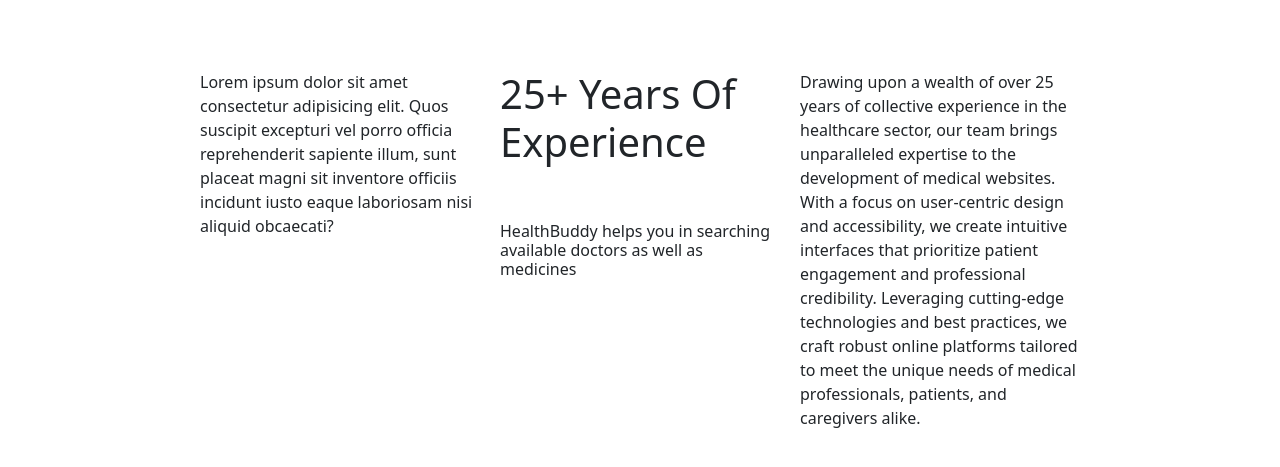
Repository: WajihaGul/MedicalApp-Frontend
Page: /
An editor plug-in stored every save of this project. The page is shown before and after the next save, followed by the edit.
The browser window is 1280 px wide. The pictures show the whole page.
The project was rebuilt for these pictures with package versions that can differ from the ones it lists, and the page was loaded fresh each time. Also part of the build but not shown: vite.config.js, src/index.css, src/App.css, src/Components/LandingPage/LandingPage.jsx, src/Components/NavigationBar/Navbar.module.css, src/Components/NavigationBar/Navbar.jsx.

Above is the page before, as saved 2024-05-01 07:24:13.

After the next save:
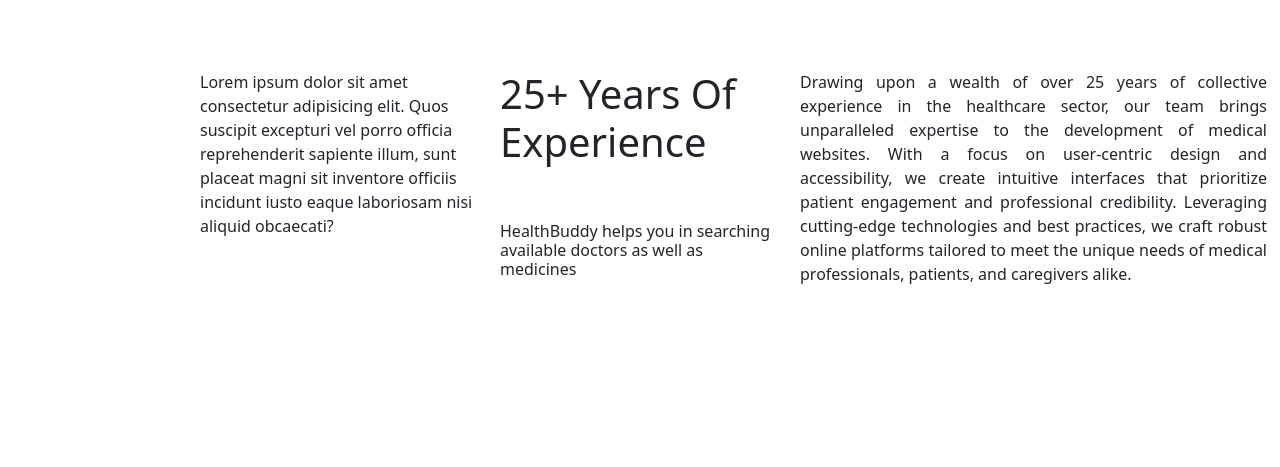
Saved 47 s later.
--- a/src/Components/Experience/Experience.jsx
+++ b/src/Components/Experience/Experience.jsx
@@ -21,7 +21,7 @@ const Experience = () => {
           </h6>
         </div>
         <div className={styles.story}>
-          <p className="story_p">
+          <p className={styles.story_p}>
             Drawing upon a wealth of over 25 years of collective experience in
             the healthcare sector, our team brings unparalleled expertise to the
             development of medical websites. With a focus on user-centric design
